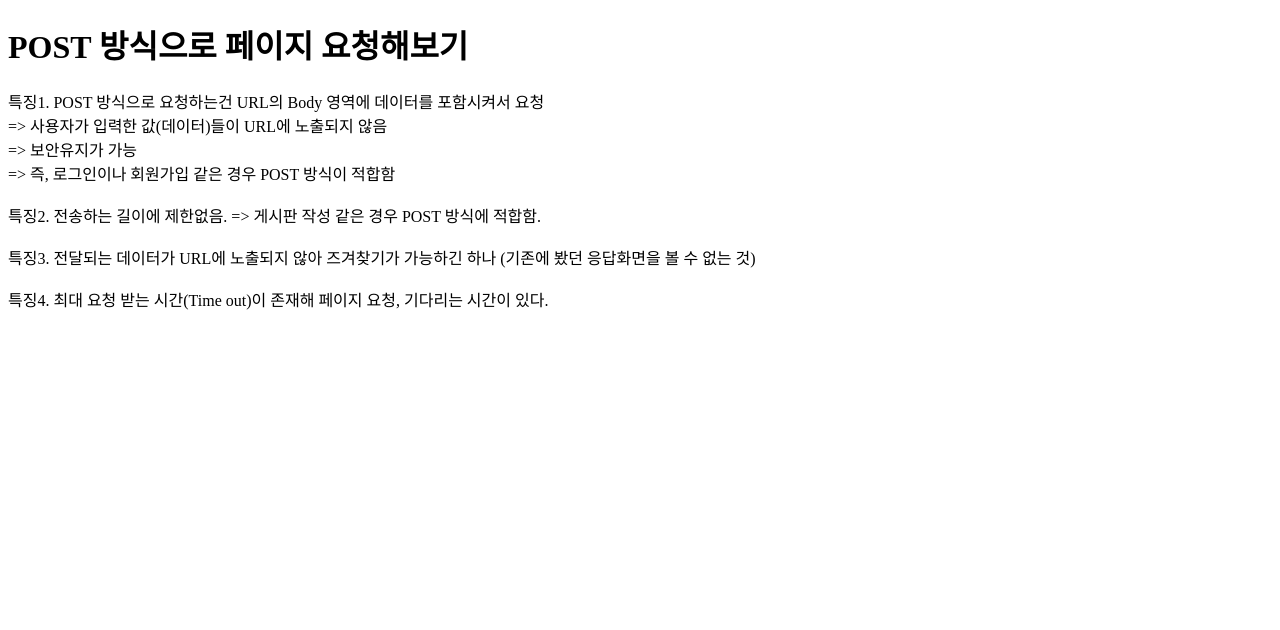
Repository: BrianH29/BH_webserver_workspace1
Page: webserver_workspace1/1_Servlet/WebContent/views/requestTest_POST.html
An editor plug-in stored every save of this project. The page is shown before and after the next save, followed by the edit.
The browser window is 1280 px wide. The pictures show the whole page.

Above is the page before, as saved 2020-08-28 03:15:01.

### webserver_workspace1/1_Servlet/WebContent/views/requestTest_POST.html
<!DOCTYPE html>
<html>
<head>
<meta charset="UTF-8">
<title>Insert title here</title>
</head>
<body>
	<h1>POST 방식으로 페이지 요청해보기 </h1>

	<p>
		특징1. POST 방식으로 요청하는건 URL의 Body 영역에 데이터를 포함시켜서 요청 <br>
		=> 사용자가 입력한 값(데이터)들이 URL에 노출되지 않음 <br>
		=> 보안유지가 가능<br>
		=> 즉, 로그인이나 회원가입 같은 경우 POST 방식이 적합함<br><br>

		특징2. 전송하는 길이에 제한없음. => 게시판 작성 같은 경우 POST 방식에 적합함.<br><br>

		특징3. 전달되는 데이터가 URL에 노출되지 않아 즈겨찾기가 가능하긴 하나 (기존에 봤던 응답화면을 볼 수 없는 것) <br><br>

		특징4. 최대 요청 받는 시간(Time out)이 존재해 페이지 요청, 기다리는 시간이 있다.
	</p>
</body>
</html>

After the next save:
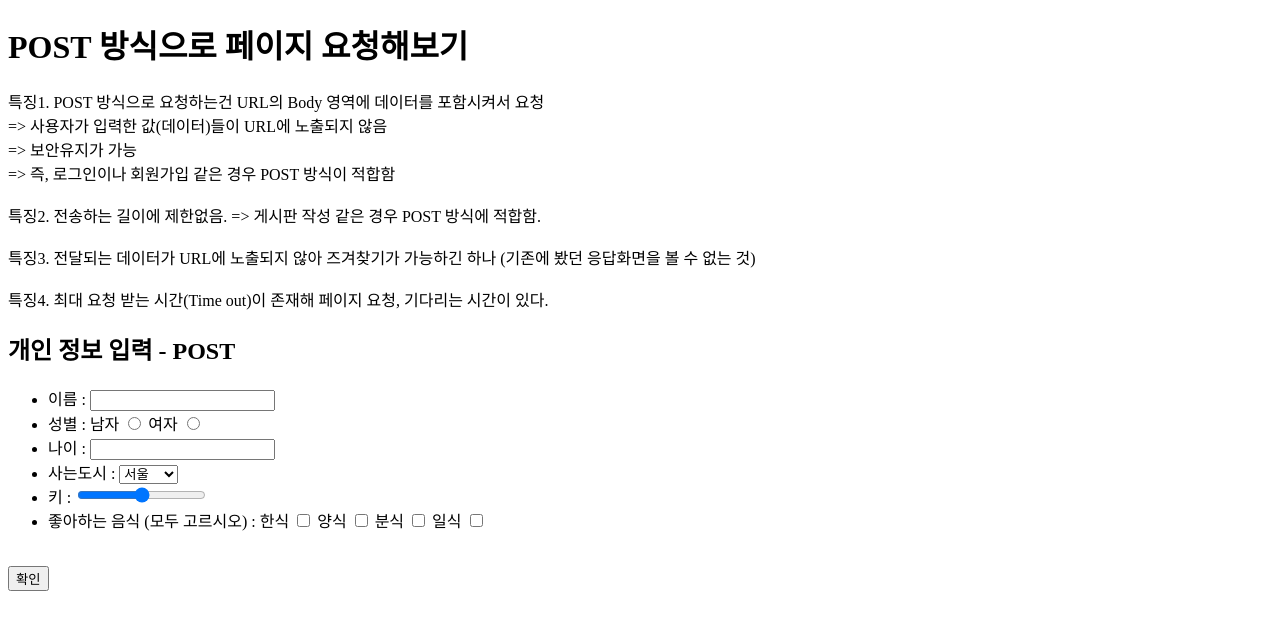
Saved 2 min 10 s later.
--- a/webserver_workspace1/1_Servlet/WebContent/views/requestTest_POST.html
+++ b/webserver_workspace1/1_Servlet/WebContent/views/requestTest_POST.html
@@ -19,5 +19,46 @@
 
 		특징4. 최대 요청 받는 시간(Time out)이 존재해 페이지 요청, 기다리는 시간이 있다.
 	</p>
+
+	<h2>개인 정보 입력 - POST</h2>
+
+	<form action="/1_Servlet/test1.do" method="POST">
+
+		<ul>
+			<li>이름 : <input type="text" name="name"></li>
+			<li>
+				성별 :
+				남자 <input type="radio" name="gender" value="M">
+				여자 <input type="radio" name="gender" value="F">
+			</li>
+			<li>나이 : <input type="number" name="age"></li>
+			<li>
+				사는도시 :
+				<select name="city">
+					<option value="서울">서울</option>
+					<option value="경기도">경기도</option>
+					<option value="경상도">경상도</option>
+					<option value="충청도">제주도</option>
+					<option value="전라도">전라도</option>
+					<option value="강원도">강원도</option>
+				</select>
+			</li>
+			<li>
+				키 : <input type="range" name="height" min="140" max="200" step="1">
+			</li>
+			<li>
+				좋아하는 음식 (모두 고르시오) :
+				한식 <input type="checkbox" name="food" value="한식">
+				양식 <input type="checkbox" name="food" value="양식">
+				분식 <input type="checkbox" name="food" value="분식">
+				일식 <input type="checkbox" name="food" value="일식">
+			</li>
+		</ul>
+
+		<br>
+
+		<input type="submit" value="확인">
+	</form>
+
 </body>
 </html>
